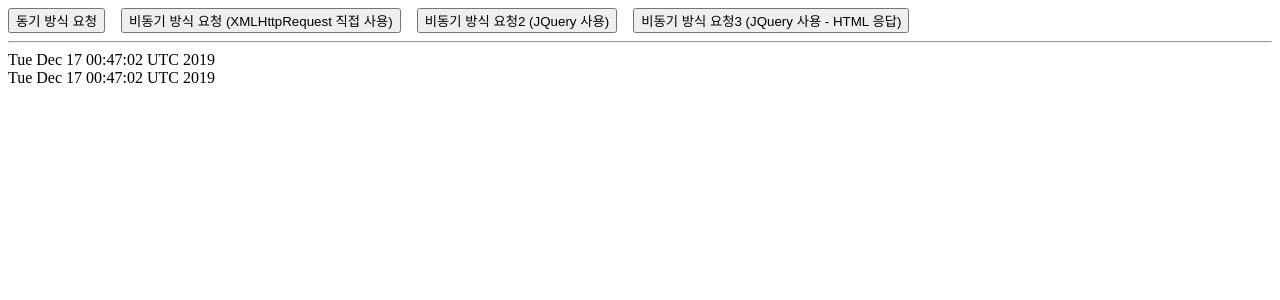
Repository: superThisMe/spring-basic
Page: http://localhost/07.spring-ajax/ajax-example
These files come from the project's save history. The page is drawn as it stood at one moment and after the next save; the edit follows.
The browser window is 1280 px wide. The pictures show the whole page.
The page is served by Tomcat 9.

Above is the page before, as saved 2020-01-06 07:13:27.
Console error: SyntaxError: missing ) after argument list

After the next save:
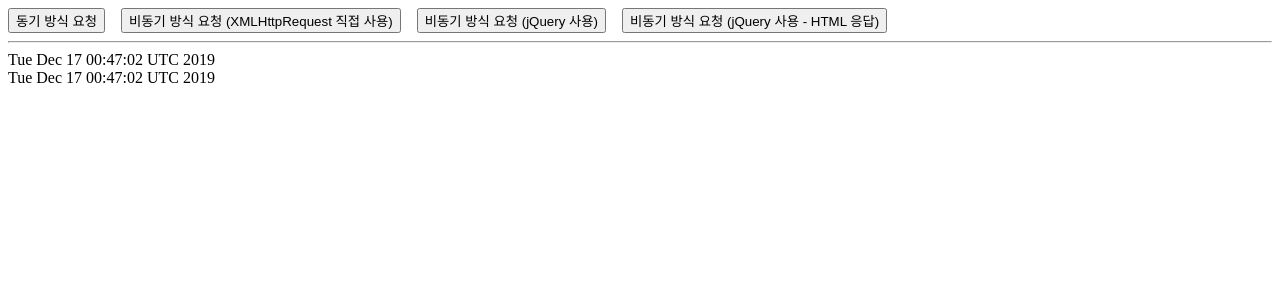
The error is gone.
Saved 71 s later.
--- a/07.spring-ajax/src/main/webapp/WEB-INF/views/ajax-example.jsp
+++ b/07.spring-ajax/src/main/webapp/WEB-INF/views/ajax-example.jsp
@@ -1,6 +1,5 @@
 <%@page import="java.util.Date"%>
-<%@ page language="java" contentType="text/html; utf-8"
-	pageEncoding="utf-8"%>
+<%@ page language="java" contentType="text/html; utf-8" pageEncoding="utf-8" %>
 
 <!DOCTYPE html>
 <html>
@@ -9,26 +8,29 @@
 <title></title>
 </head>
 <body>
-	<button id="sync-request">동기 방식 요청</button>
-	&nbsp;&nbsp;
-	<button id="async-request">비동기 방식 요청 (XMLHttpRequest 직접 사용)</button>
-	&nbsp;&nbsp;
-	<button id="async-request2">비동기 방식 요청2 (JQuery 사용)</button>
-	&nbsp;&nbsp;
-	<button id="async-load">비동기 방식 요청3 (JQuery 사용 - HTML 응답)</button>
-	<hr>
-	<div><%=new Date().toString()%></div>
-	<div id="container">
-		<div id="message"><%=new Date().toString()%></div>
-		<br><br>
-		<div id="target"></div>
-	</div>
+    <button id="sync-request">동기 방식 요청</button>
+    &nbsp;&nbsp;
+    <button id="async-request">비동기 방식 요청 (XMLHttpRequest 직접 사용)</button>
+    &nbsp;&nbsp;
+    <button id="async-request2">비동기 방식 요청 (jQuery 사용)</button>
+    &nbsp;&nbsp;
+    <button id="async-load">비동기 방식 요청 (jQuery 사용 - HTML 응답)</button>
+    <hr>
+    <div><%= new Date().toString() %></div>
+    <div id="container">
+
+        <div id="message"><%= new Date().toString() %></div>
+
+        <br><br>
+
+        <div id="target"></div>
+
+    </div>
 </body>
 
 <script src="https://code.jquery.com/jquery-3.4.1.js"></script>
 <script type="text/javascript">
 	$(function() {
-
 		$('#sync-request').on('click', function(event) {
 			location.href = "get-time";
 		});
@@ -37,17 +39,33 @@
 
 		$('#async-request').on('click', function(event) {
 
-			proxy.open("GET", "get-time", true) // 'GET' : 요청방식, 'get-time' : 요청 경로, true : 비동기 여부
-			proxy.onreadystatechange = processResult; // 비동기 응답이 도착했을 때 호출될 function
-			proxy.send(null); // 비동기 요청 시작
+			proxy.open('GET',		//요청 방식
+					   'get-time', 	//요청 경로
+					   true);		//비동기 여부
+
+			//비동기 응답이 도착했을 때 호출될 함수
+			proxy.onreadystatechange = processResult;
+			proxy.send(null); //비동기 요청 시작
+
 
 		});
 
+		function processResult() {
+
+			if (proxy.readyState == 4) {
+				if (proxy.status == 200) {
+					var result = proxy.responseText;
+					$('#message').text(result);
+				}
+			}
+		};
+
+		////////////////////////////////////////
+
 		$('#async-request2').on('click', function(event) {
-
-			$.ajax({ // JQuery의 ajax 요청 helper function
+			$.ajax({ // jQuery의 ajax 요청 helper function
 				"url": "get-time",
-				"method": "GET",
+				"method": "get",
 				"async": true,
 				"success": function(data, status, xhr) {
 					$('#message').text(data);
@@ -56,32 +74,25 @@
 					alert("error: " + err.message);
 				}
 			});
+		});
 
-		});
+		//////////////////////////////////////////
 
 		$('#async-load').on('click', function(event) {
 
-			$('#target').load( // .load() -> HTML을 비동기 방식으로 받아서 화면 부분 갱신 처리 (JQuery)
-				"url": "",
-				"data",
+			//.load -> HTML을 비동기 방식으로 받아서 화면 부분 갱신 처리
+			$('#target').load(
+				"load-html",
+				null,
 				function() {
+					//alert('HTML 로딩 완료');
 				}
 			);
 
 		});
+	});
 
-		function processResult() {
-			alert(proxy.readyState);
-			if (proxy.readyState == 4) {
-				if (proxy.status == 200) {
-					var result = proxy.responseText;
-					$('#message').text(result);
-				}
-			}
 
-		};
-
-	});
 </script>
 
 </html>
